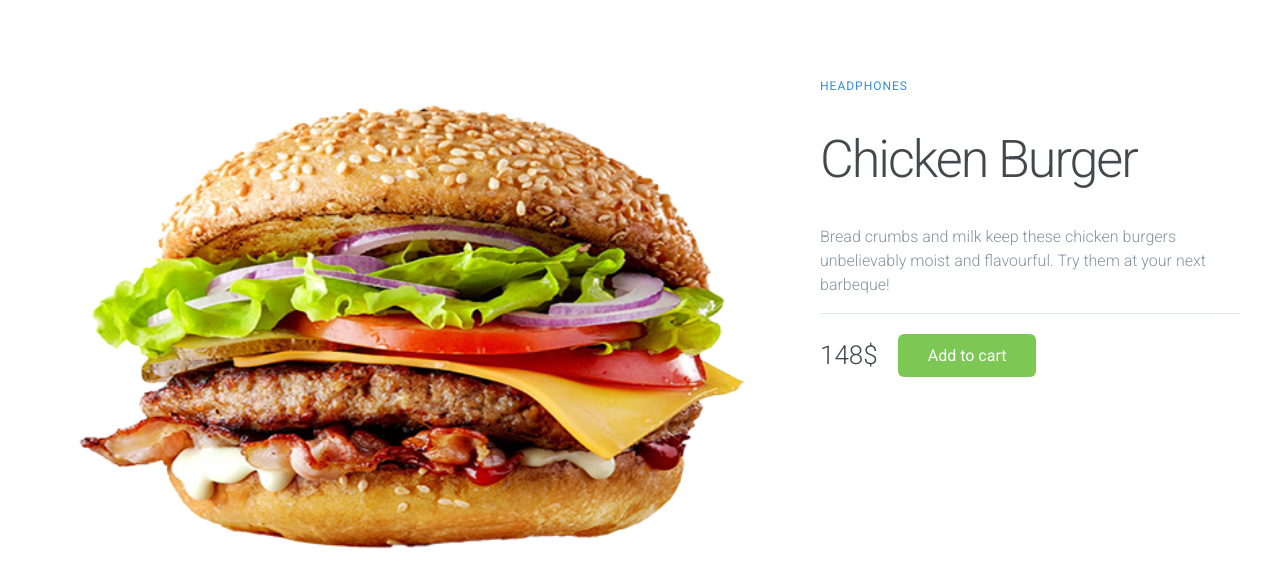
Repository: manishmachha/project-kitchenStory
Page: http://localhost/Phase_4_Kitchen_Story/products.jsp
The author's editor kept a copy of each file at every save. The page is drawn from the files as they stood at one save, then again after the next save.
The browser window is 1280 px wide. The pictures show the whole page.
Some web libraries are served in a nearby version. The page is served by Tomcat 10. Other server files are loaded and not shown.

Above is the page before, as saved 2022-03-11 05:38:48.

### Phase 4 Kitchen Story/src/main/webapp/products.jsp
<%@ page language="java" contentType="text/html; charset=ISO-8859-1"
    pageEncoding="ISO-8859-1"%>
<!DOCTYPE html>
<html>

<head>
    <meta charset="utf-8">
    <meta name="viewport" content="width=device-width, initial-scale=1">
    <title>Tutorial</title>
    <!-- Fonts -->
    <link href="https://fonts.googleapis.com/css?family=Roboto:300,400,500" rel="stylesheet">
    <!-- CSS -->
    <link href="style.css" rel="stylesheet">
    <meta name="robots" content="noindex,follow" />

</head>

<body>
    <main class="container">

        <!-- Left Column / Headphones Image -->
        <div class="left-column">
            <img data-image="red" class="active" src="images/burger-trending.png">
        </div>


        <!-- Right Column -->
        <div class="right-column">

            <!-- Product Description -->
            <div class="product-description">
                <span>Headphones</span>
                <h1>Chicken Burger</h1>
                <p>Bread crumbs and milk keep these chicken burgers unbelievably moist and flavourful. Try them at your next barbeque!</p>
            </div>

            <!-- Product Pricing -->
            <div class="product-price">
                <span>148$</span>
                <a href="#" class="cart-btn">Add to cart</a>
            </div>
        </div>
    </main>

    <!-- Scripts -->
    <script src="https://cdnjs.cloudflare.com/ajax/libs/jquery/3.1.1/jquery.min.js" charset="utf-8"></script>
    <script src="script.js" charset="utf-8"></script>
</body>

</html>

Loaded but not shown: Phase 4 Kitchen Story/src/main/webapp/style.css (common file); Phase 4 Kitchen Story/src/main/webapp/script.js (common file)

After the next save:
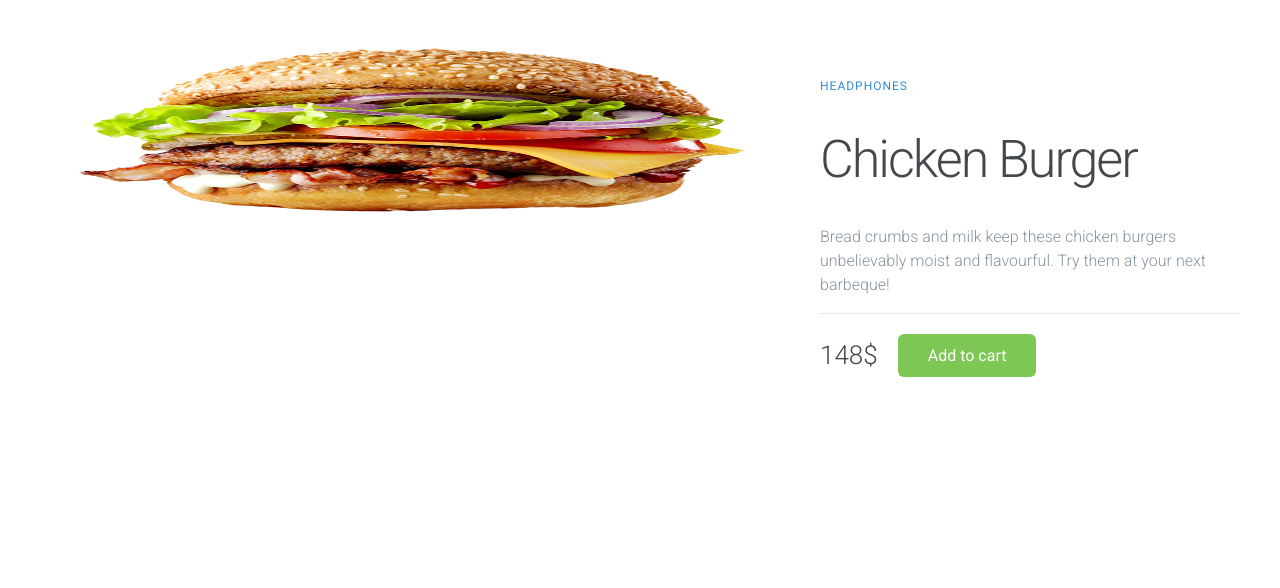
Saved 112 s later.
--- a/Phase 4 Kitchen Story/src/main/webapp/products.jsp
+++ b/Phase 4 Kitchen Story/src/main/webapp/products.jsp
@@ -20,7 +20,7 @@
 
         <!-- Left Column / Headphones Image -->
         <div class="left-column">
-            <img data-image="red" class="active" src="images/burger-trending.png">
+            <img data-image="red" class="active" src="images/burger-trending.png" width="288px" height="215px">
         </div>
 
 
